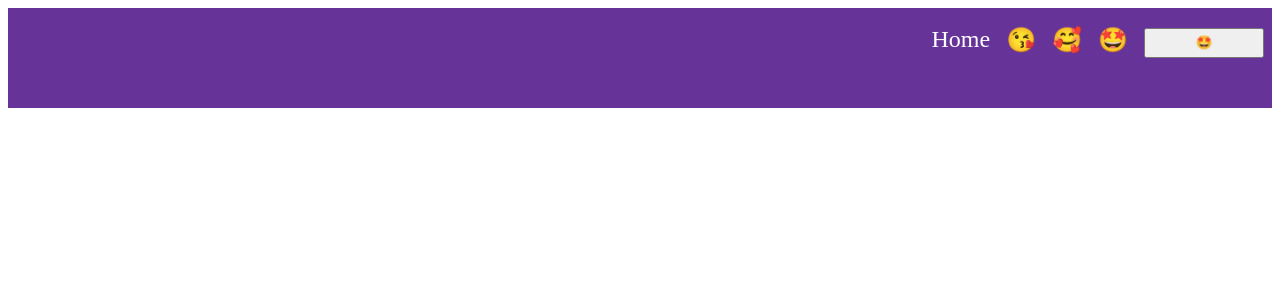
Repository: ramtoppo12/NavBar-Using-FlexBox
Page: Navbar.htm
The author's editor kept a copy of each file at every save. The page is drawn from the files as they stood at one save, then again after the next save.
The browser window is 1280 px wide. The pictures show the whole page.

Above is the page before, as saved 2020-12-12 23:32:10.

### Navbar.htm
<!DOCTYPE html>
<html lang="en">
<head>
    <meta charset="UTF-8">
    <meta name="viewport" content="width=device-width, initial-scale=1.0">
    <title>Document</title>
    <link rel="stylesheet" href="navbar.css">
</head>
<body>
    <nav>
        <ul>
            <li><a>Home</a></li>
            <li><a>😘</a></li>

            <li><a>🥰</a></li>

            <li><a>🤩</a></li>
            <li><Button>🤩</Button></li>


        </ul>
    </nav>
</body>
</html>

### navbar.css
nav {
  font-size: 1.5rem;
  background-color: rebeccapurple;
  height: 100px;
}
nav ul {
  list-style: none;
  margin: 0;
  padding: 0;
  display: flex;
  justify-content: flex-end;
}
nav ul li {
  cursor: pointer;
  padding: 0.5rem;
  color: #fff;
  margin: 10px 0;
}
nav ul li:hover {
  background-color: #555;
  color: #fff;
}
nav ul li button {
  width: 120px;
  height: 30px;
}

After the next save:
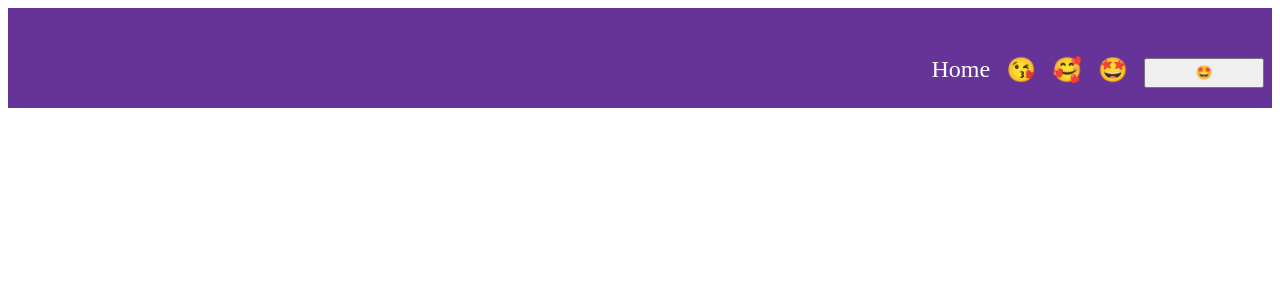
Saved 7 s later.
--- a/navbar.css
+++ b/navbar.css
@@ -14,7 +14,7 @@
   cursor: pointer;
   padding: 0.5rem;
   color: #fff;
-  margin: 10px 0;
+  margin: 40px 0;
 }
 nav ul li:hover {
   background-color: #555;
